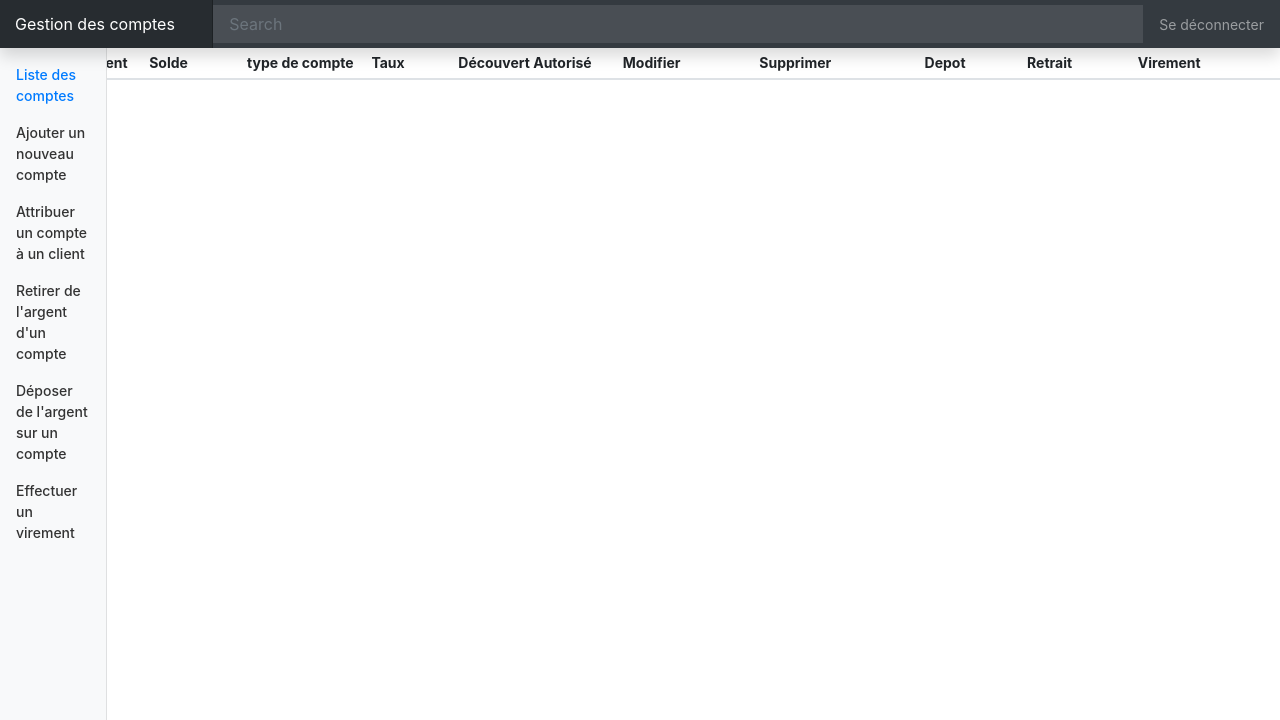
Repository: liiiseee/Projet
Page: http://localhost/02_projet_gestion_clients_compte/menu-comptes.jsp
The author's editor kept a copy of each file at every save. The page is drawn from the files as they stood at one save, then again after the next save.
The browser window is 1280 px wide. The pictures show the whole page.
The page is served by Tomcat 9. Other server files are loaded and not shown. The template is opened directly, without the code that normally fills it, so the values that code supplies are empty.

Above is the page before, as saved 2020-03-30 15:23:04.

### 02_projet_gestion_clients_compte/WebContent/menu-comptes.jsp
<%@ page language="java" contentType="text/html; charset=ISO-8859-1"
    pageEncoding="ISO-8859-1"%>

<%@ taglib uri="http://java.sun.com/jsp/jstl/core" prefix="c"%>
<!DOCTYPE html>
<html>
<head>
<meta charset="ISO-8859-1">
<title>liste comptes</title>
<link href="assets/styles/bootstrap.min.css" rel="stylesheet" >

 <style>
      .bd-placeholder-img {
        font-size: 1.125rem;
        text-anchor: middle;
        -webkit-user-select: none;
        -moz-user-select: none;
        -ms-user-select: none;
        user-select: none;
      }

      @media (min-width: 768px) {
        .bd-placeholder-img-lg {
          font-size: 3.5rem;
        }
      }
    </style>
    <!-- Custom styles for this template -->
    <link href="assets/styles/dashboard.css" rel="stylesheet">
</head>
<body>

    <nav class="navbar navbar-dark fixed-top bg-dark flex-md-nowrap p-0 shadow">
  <a class="navbar-brand col-sm-3 col-md-2 mr-0" href="#">Gestion des comptes</a>
  <input class="form-control form-control-dark w-100" type="text" placeholder="Search" aria-label="Search">
  <ul class="navbar-nav px-3">
    <li class="nav-item text-nowrap">
      <a class="nav-link" href="authentification-servlet?destroy=true">Se déconnecter</a>
    </li>
  </ul>
</nav>

<div class="container-fluid" >
  <div class="row">
    <nav class="col-md-1 d-none d-md-block bg-light sidebar" >
      <div class="sidebar-sticky">
        <ul class="nav flex-column">
          <li class="nav-item">
            <a class="nav-link active" href="#">
              <span data-feather="home"></span>
              Liste des comptes <span class="sr-only">(current)</span>
            </a>
          </li>
          <li class="nav-item">
            <a class="nav-link" href="ajout-compte.jsp">
              <span data-feather="file"></span>
              Ajouter un nouveau compte
            </a>
          </li>
          <li class="nav-item">
            <a class="nav-link" href="attribuer-compte.jsp">
              <span data-feather="file"></span>
              Attribuer un compte à un client
            </a>
          </li>
         <li class="nav-item">
          <input type="hidden" name="action" value="liste"/>
            <a class="nav-link" href="menu-retrait.jsp">
              <span data-feather="shopping-cart"></span>
              Retirer de l'argent d'un compte
            </a>
          </li>

          <li class="nav-item">
          <input type="hidden" name="action" value="dep"/>
            <a class="nav-link" href="menu-depot.jsp">
              <span data-feather="users"></span>
             Déposer de l'argent sur un compte
            </a>
          </li>
          <li class="nav-item">
            <a class="nav-link" href="#">
              <span data-feather="bar-chart-2"></span>
              Effectuer un virement
            </a>
          </li>
          </ul>



      </div>
    </nav>
    </div>
    </div>





   <h2>Liste des comptes</h2>

     <div class="table-responsive">
       <table  class="table table-striped table-sm">




          <thead >
            <tr>
              	<th class="col-md-1" style="width:10px;">ID</th>
              	<th class="col-md-1" style="width:10px;">Id du client</th>
	 			<th class="col-md-1" style="width:10px;">Solde</th>
	 			<th class="col-md-1" style="width:10px;">type de compte</th>
	 			<th class="col-md-1" style="width:10px;">Taux</th>
	 			<th class="col-md-1" style="width:10px;">Découvert Autorisé</th>
	 			<th class="col-md-1" style="width:10px;">Modifier</th>
	 			<th class="col-md-1" style="width:10px;">Supprimer</th>
	 			<th class="col-md-1" style="width:10px;">Depot</th>
	 			<th class="col-md-1" style="width:10px;">Retrait</th>
	 			<th class="col-md-1" style="width:10px;">Virement</th>

            </tr>
          </thead>
          <tbody>
            <c:forEach items="${liste_comptes}" var="compte">
	 			<tr>

	 				<td>${compte.idCompte }</td>
	 				<td> ${compte.clientID } </td>
	 				<td> ${compte.solde } </td>
	 				<td> ${compte.typeCompte } </td>
	 				<td> ${compte.taux } </td>
	 				<td> ${compte.decouvert } </td>
	 				<td>
	 					<a href="gestion-compte-servlet?action=modif&id-compte=${compte.idCompte}">modifier</a>
	 				</td>


	 				<td>
	 					<a href="gestion-compte-servlet?action=supp&id-compte=${compte.idCompte}">supprimer</a>
	 				</td>

	 				<td>
	 					<a href="gestion-compte-servlet?action=depot&id-compte=${compte.idCompte}">depot</a>
	 				</td>

	 				<td>
	 					<a href="gestion-compte-servlet?action=retrait&id-compte=${compte.idCompte}">retrait</a>
	 				</td>
	 				<td>
	 					<a href="gestion-compte-servlet?action=virement&id-compte=${compte.idCompte}">virement</a>
	 				</td>




	 				</tr>

            </c:forEach>


          </tbody>

        </table>

            </div>




</body>
</html>

### 02_projet_gestion_clients_compte/WebContent/assets/styles/dashboard.css
@charset "ISO-8859-1";

body {
  font-size: .875rem;
}

.feather {
  width: 16px;
  height: 16px;
  vertical-align: text-bottom;
}

/*
 * Sidebar
 */

.sidebar {
  position: fixed;
  top: 0;
  bottom: 0;
  left: 0;
  z-index: 100; /* Behind the navbar */
  padding: 48px 0 0; /* Height of navbar */
  box-shadow: inset -1px 0 0 rgba(0, 0, 0, .1);
}

.sidebar-sticky {
  position: relative;
  top: 0;
  height: calc(100vh - 48px);
  padding-top: .5rem;
  overflow-x: hidden;
  overflow-y: auto; /* Scrollable contents if viewport is shorter than content. */
}

@supports ((position: -webkit-sticky) or (position: sticky)) {
  .sidebar-sticky {
    position: -webkit-sticky;
    position: sticky;
  }
}

.sidebar .nav-link {
  font-weight: 500;
  color: #333;
}

.sidebar .nav-link .feather {
  margin-right: 4px;
  color: #999;
}

.sidebar .nav-link.active {
  color: #007bff;
}

.sidebar .nav-link:hover .feather,
.sidebar .nav-link.active .feather {
  color: inherit;
}

.sidebar-heading {
  font-size: .75rem;
  text-transform: uppercase;
}

/*
 * Content
 */

[role="main"] {
  padding-top: 133px; /* Space for fixed navbar */
}

@media (min-width: 768px) {
  [role="main"] {
    padding-top: 48px; /* Space for fixed navbar */
  }
}

/*
 * Navbar
 */

.navbar-brand {
  padding-top: .75rem;
  padding-bottom: .75rem;
  font-size: 1rem;
  background-color: rgba(0, 0, 0, .25);
  box-shadow: inset -1px 0 0 rgba(0, 0, 0, .25);
}

.navbar .form-control {
  padding: .75rem 1rem;
  border-width: 0;
  border-radius: 0;
}

.form-control-dark {
  color: #fff;
  background-color: rgba(255, 255, 255, .1);
  border-color: rgba(255, 255, 255, .1);
}

.form-control-dark:focus {
  border-color: transparent;
  box-shadow: 0 0 0 3px rgba(255, 255, 255, .25);
}

Loaded but not shown: 02_projet_gestion_clients_compte/WebContent/assets/styles/bootstrap.min.css (library)

After the next save:
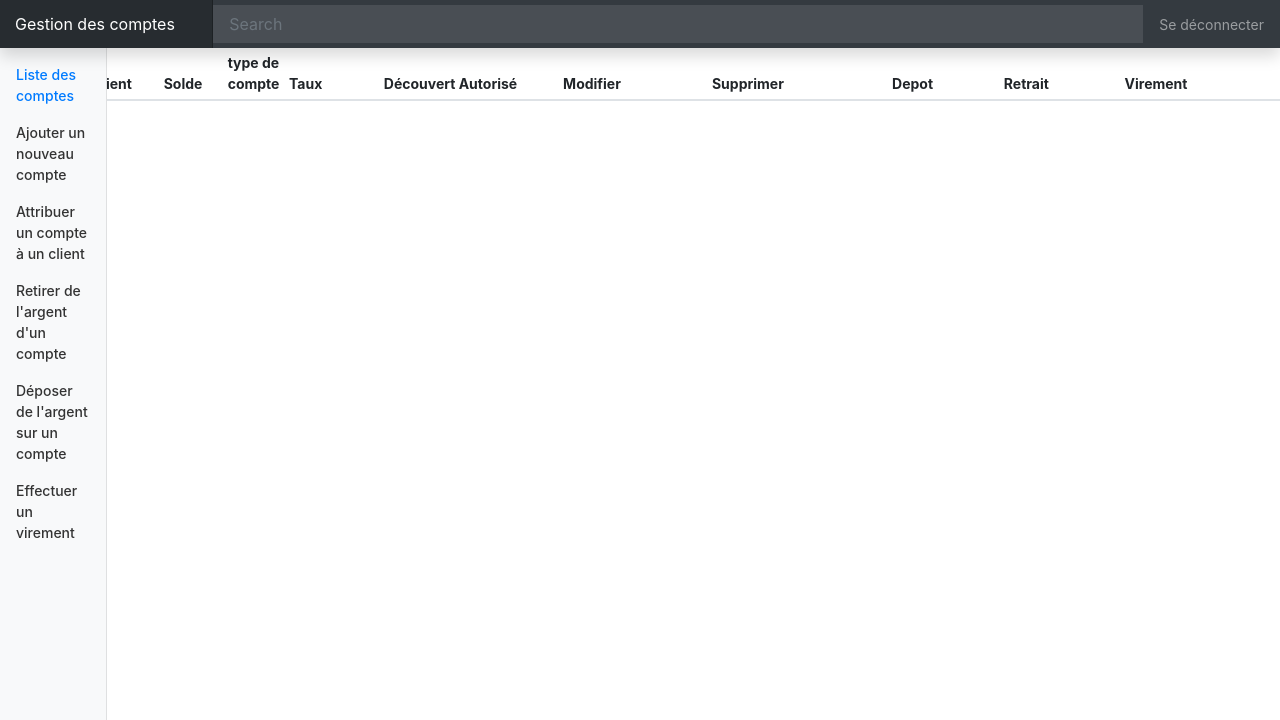
Saved 74 s later.
--- a/02_projet_gestion_clients_compte/WebContent/menu-comptes.jsp
+++ b/02_projet_gestion_clients_compte/WebContent/menu-comptes.jsp
@@ -107,10 +107,10 @@
 
           <thead >
             <tr>
-              	<th class="col-md-1" style="width:10px;">ID</th>
-              	<th class="col-md-1" style="width:10px;">Id du client</th>
-	 			<th class="col-md-1" style="width:10px;">Solde</th>
-	 			<th class="col-md-1" style="width:10px;">type de compte</th>
+              	<th class="col-md-1" style="width:5px;">ID</th>
+              	<th class="col-md-1" style="width:10%;">Id du client</th>
+	 			<th class="col-md-1" style="width:5%;">Solde</th>
+	 			<th class="col-md-1" style="width:2%;">type de compte</th>
 	 			<th class="col-md-1" style="width:10px;">Taux</th>
 	 			<th class="col-md-1" style="width:10px;">Découvert Autorisé</th>
 	 			<th class="col-md-1" style="width:10px;">Modifier</th>
